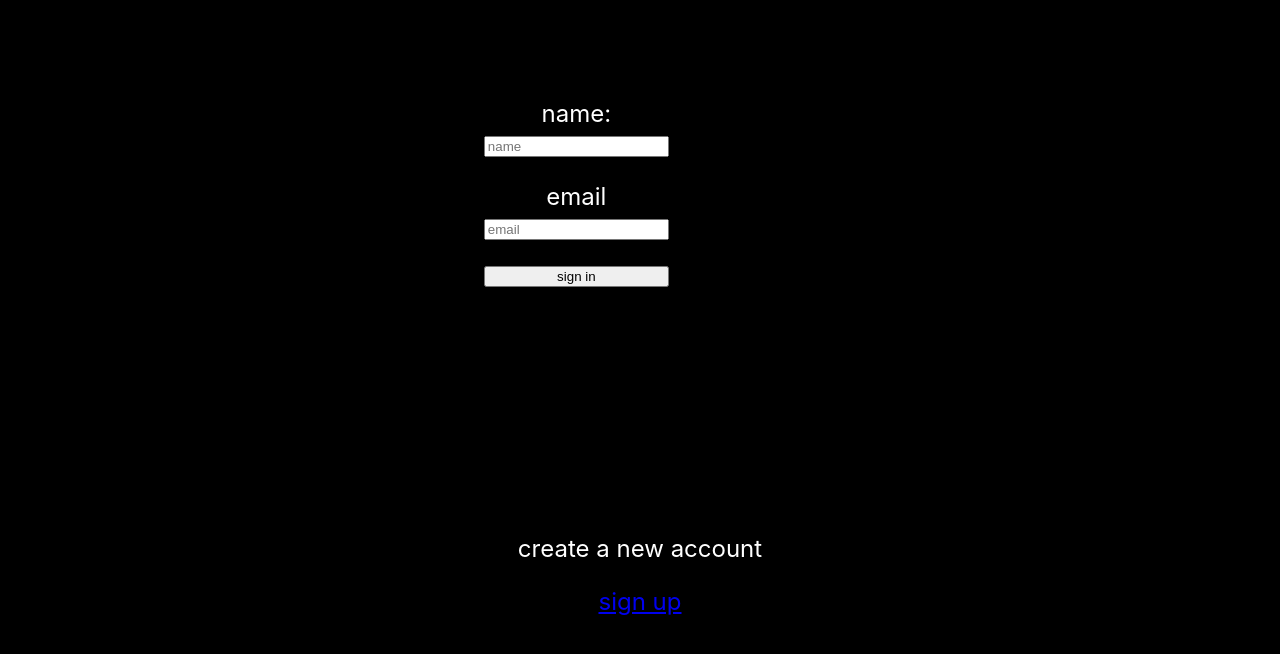
Repository: romAtam/5778
Page: /signin
An editor plug-in stored every save of this project. The page is shown before and after the next save, followed by the edit.
The browser window is 1280 px wide. The pictures show the whole page.
The project was rebuilt for these pictures with package versions that can differ from the ones it lists, and the page was loaded fresh each time. Also part of the build but not shown: src/Pages/Home.js, src/Pages/Game.js, src/Pages/Web.js, src/Pages/Team.js, src/Pages/User.js, src/Pages/Register.js.

Above is the page before, as saved 2021-12-11 22:13:27.

### src/index.js
import React from 'react';
import ReactDOM from 'react-dom';
import './index.css';
import App from './App';

import {BrowserRouter as Router} from "react-router-dom"
ReactDOM.render(
  <React.StrictMode>
    <Router>
       <App />
    </Router>

  </React.StrictMode>,
  document.getElementById('root')
);

### src/App.js

import './App.css';
import Nav from './Nav'
import {Routes,Route,useParams} from "react-router-dom"
import Home from "./Pages/Home"
import Game from "./Pages/Game"
import Web from "./Pages/Web"
import Team from "./Pages/Team"
import Signin from "./Pages/Signin"
import User from "./Pages/User"
import Register from "./Pages/Register"
function App() {
  return (
    <div className="App">
<Nav/>
<Routes>
  <Route path="/" element={<Home/>}/>
  <Route path="/game" element={<Game/>}/>
  <Route path="/web" element={<Web/>}/>
  <Route path="/team" element={<Team/>}>
      <Route path=":id" element={<User/>}/>
  </Route>

  <Route path="/signin" element={<Signin/>}/>
  <Route path="/register" element={<Register/>}/>
</Routes>



    </div>
  );
}




export default App;

### src/Nav.js
import React from 'react'
import{Link} from "react-router-dom"
import styled from "styled-components"

const NavContainer=styled.div`
display: grid;
grid-gap:20px;
justify-content:center;
align-items:center;
height:80px;
font-size:1.5rem;
padding:1rem 2rem;
border-bottom: 1px solid #000;
grid-template-columns: repeat(5,minmax(100px,200px));
@media (max-width: 768px){
    grid-template-columns: 1fr;
    height:100vh;
    max-height:800px ;
}

`
const Nav = () => {



    return (
        <NavContainer>
               <Link to="/">home</Link>
               <Link to="/web">web dev</Link>
               <Link to="/game">game dev</Link>
               <Link to="/team">team</Link>
               <Link to="/signin">sign in</Link>
        </NavContainer>
    )
}

export default Nav

### src/Pages/Signin.js
import React from 'react'
import {Link} from "react-router-dom"
import styled from "styled-components"
const FormWrapper=styled.div`
position:fixed;
top:0;
bottom:0;
right:0;
left:0;
width:100vw;
height:100vh;
background-color:black;
z-index:1;
display:grid;
grid-gap:20px;
justify-content:center;
align-items:center;
color:white;

`
const Form=styled.form`
font-size:1.5rem;
display:grid ;
grid-gap:20px;
justify-content:center;
align-items:center;
width:50%;
height:50%;
`
const Registdiv=styled.div`
display:grid;
font-size:1.5rem;
justify-content:center;
align-items:center;
`


const Signin = () => {
    return (
        <FormWrapper>
            <Form action="">
                <div>
                      <label htmlFor="name">name:</label>
                 <input type="text" placeholder="name"/>
                </div>
              <div>
                   <label htmlFor="email">email</label>
 <input type="email" placeholder="email"/>
              </div>

 <button type="submit">sign in</button>

            </Form>
            <Registdiv>
                <p>create a new account</p>
 <Link to="/register">sign up</Link>
            </Registdiv>

        </FormWrapper>
    )
}

export default Signin

Loaded but not shown: public/index.html (common file); src/index.css (common file); src/App.css (common file)

After the next save:
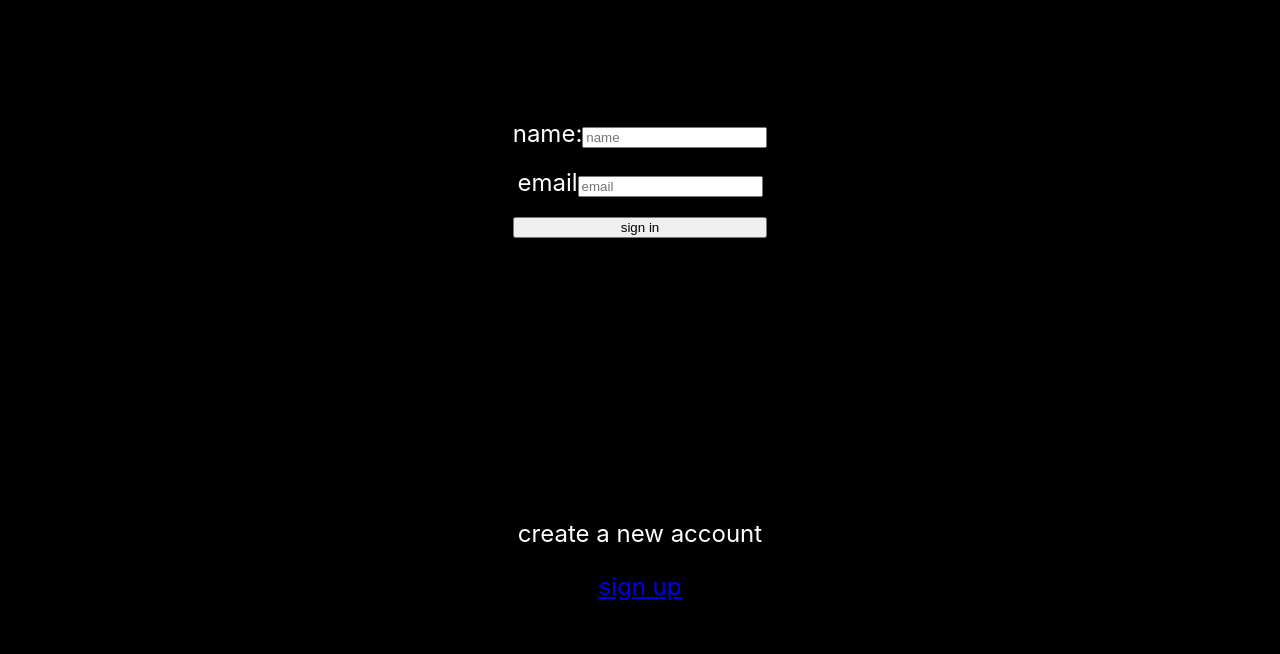
Saved 63 s later.
--- a/src/Pages/Signin.js
+++ b/src/Pages/Signin.js
@@ -24,8 +24,7 @@ display:grid ;
 grid-gap:20px;
 justify-content:center;
 align-items:center;
-width:50%;
-height:50%;
+
 `
 const Registdiv=styled.div`
 display:grid;
